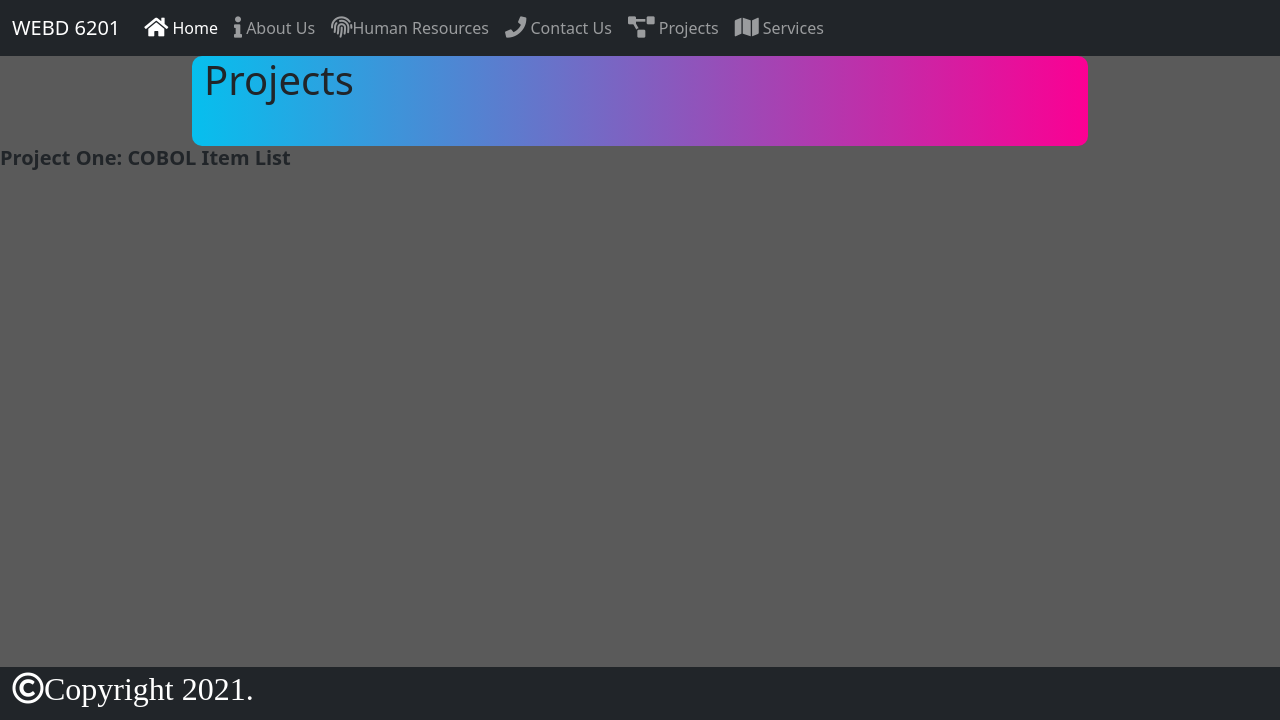
Repository: vans12345678/WEBD6201-W2021-Week3
Page: projects.html
The author's editor kept a copy of each file at every save. The page is drawn from the files as they stood at one save, then again after the next save.
The browser window is 1280 px wide. The pictures show the whole page.

Above is the page before, as saved 2021-01-28 21:31:19.

After the next save:
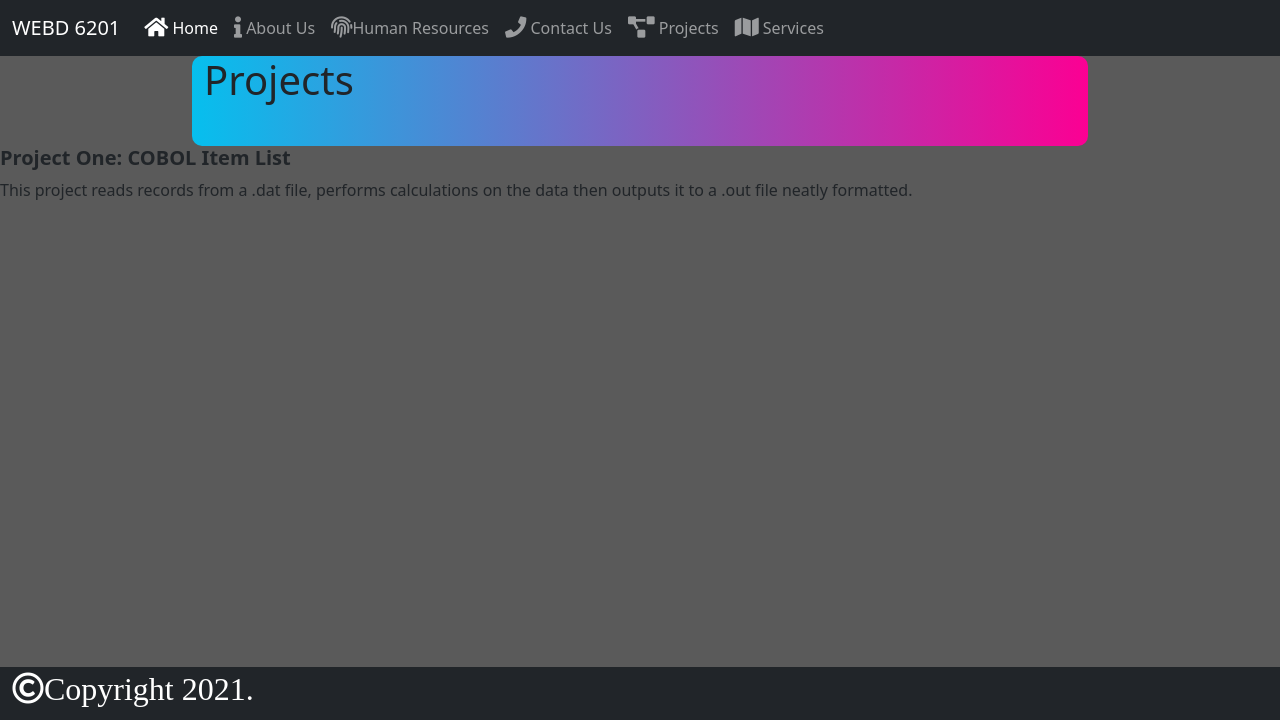
Saved 22 s later.
--- a/Scripts/app.js
+++ b/Scripts/app.js
@@ -37,6 +37,7 @@
         let projectOneDescriptionElement = document.getElementById("projectOneDescription");
 
         projectOneTextElement.textContent = projectOneText;
+        projectOneDescriptionElement.textContent = projectOneDescription;
 
         projectOneTextElement.className = "fs-5 fw-bold text-left";
     }
